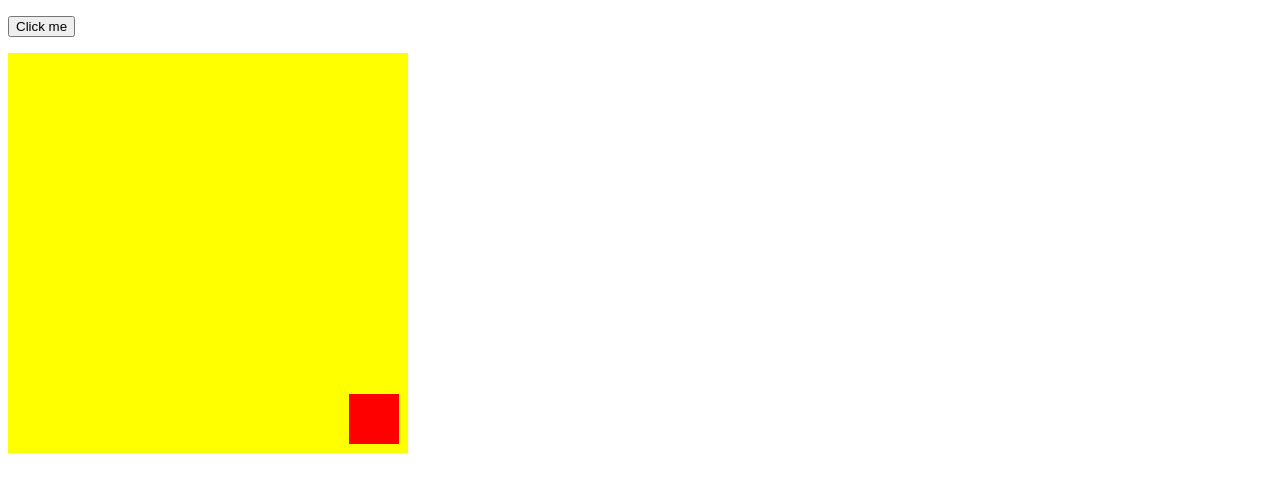
Repository: khanhbinh87/learnJs
Page: customSelect/index.html
The author's editor kept a copy of each file at every save. The page is drawn from the files as they stood at one save, then again after a run of saves.
The browser window is 1280 px wide. The pictures show the whole page.
After loading, the first visible `button` was clicked once.

Above is the page before, as saved 2021-06-17 12:00:09.

After the next 2 saves:
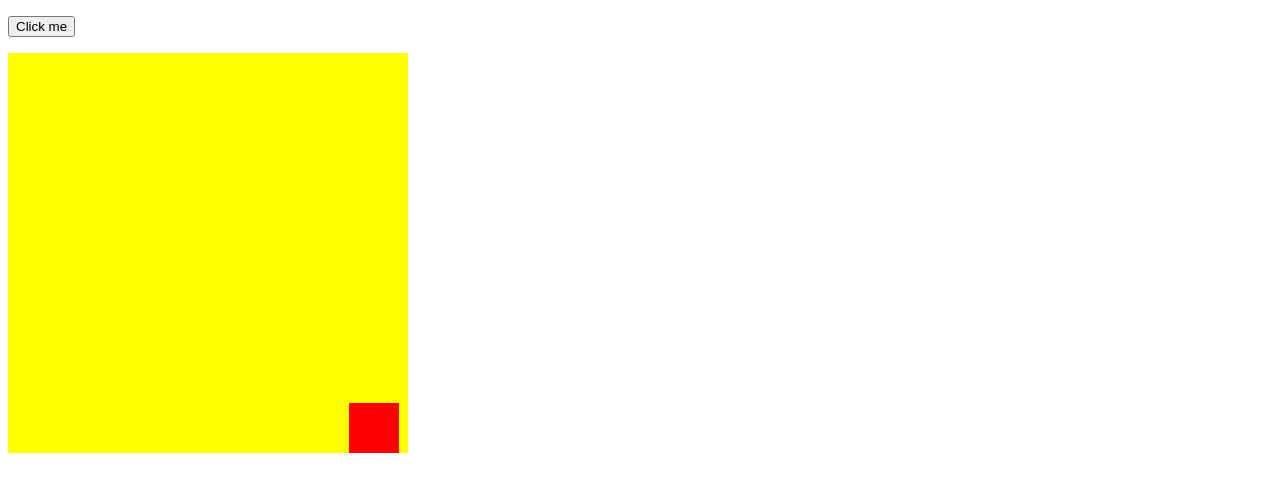
The 2 saves are shown as one change because they came seconds apart.
The last was saved 8 s later.
--- a/customSelect/move.js
+++ b/customSelect/move.js
@@ -30,7 +30,8 @@ console.log(el);
         function frame(){
             var end =  new Date().getTime();
             if(end - start >= duration){
-                el.style.top= postEnd
+                el.style.top= postEnd + 'px'
+                el.style.top= postEnd + 'px'
                 clearInterval(id)
             }
             else{
